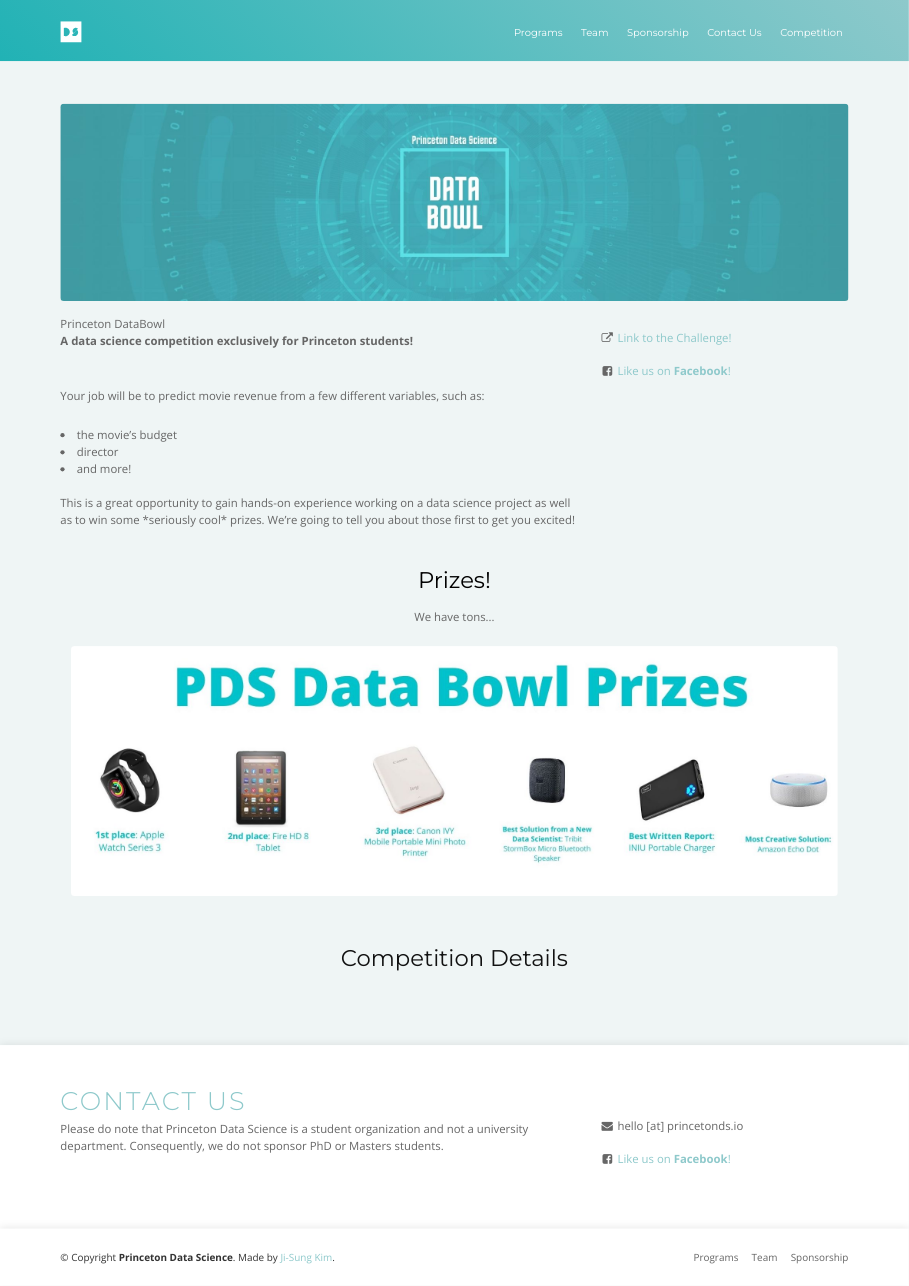
Repository: princetonds/princetonds.github.io
Page: team2.html
An editor plug-in stored every save of this project. The page is shown before and after a run of saves, followed by the edit.
The browser window is 1280 px wide. The pictures show the whole page, at 71% of full size.

Above is the page before, as saved 2021-03-20 22:41:20.
Console error: TypeError: Cannot read properties of null (reading 'innerHTML')

After the next 2 saves:
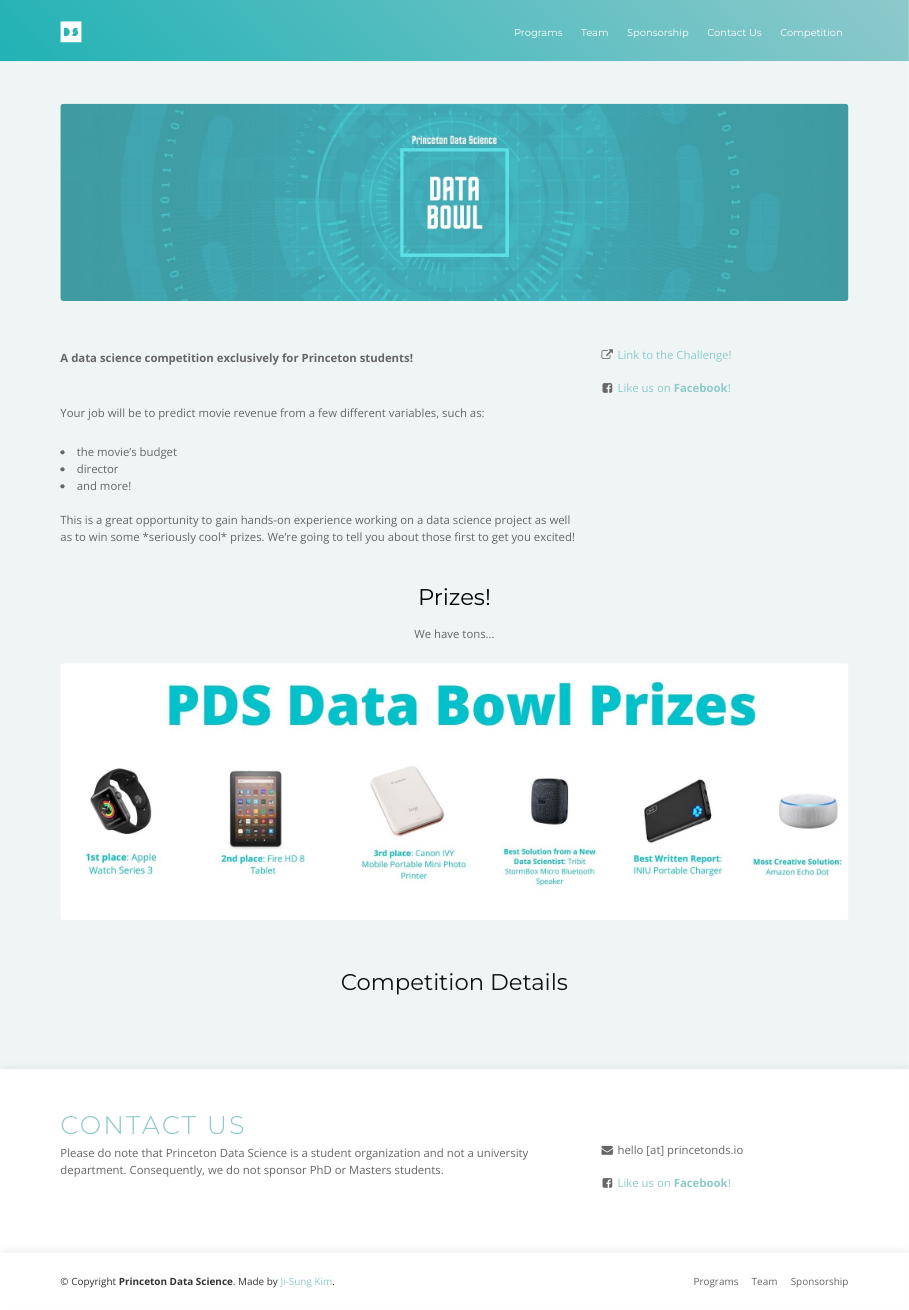
The 2 saves are shown as one change because they came seconds apart.
The last was saved 9 s later.
--- a/team2.html
+++ b/team2.html
@@ -103,7 +103,8 @@
       Contact Section
     ============================-->
       <div class="container">
-        <div class="section-header">Princeton DataBowl
+        <br>
+        <br>
         <div class="row wow fadeInUp">
           <div class="col-lg-8 col-md-6">
             <p><strong>A data science competition exclusively for Princeton students!</strong></p>
